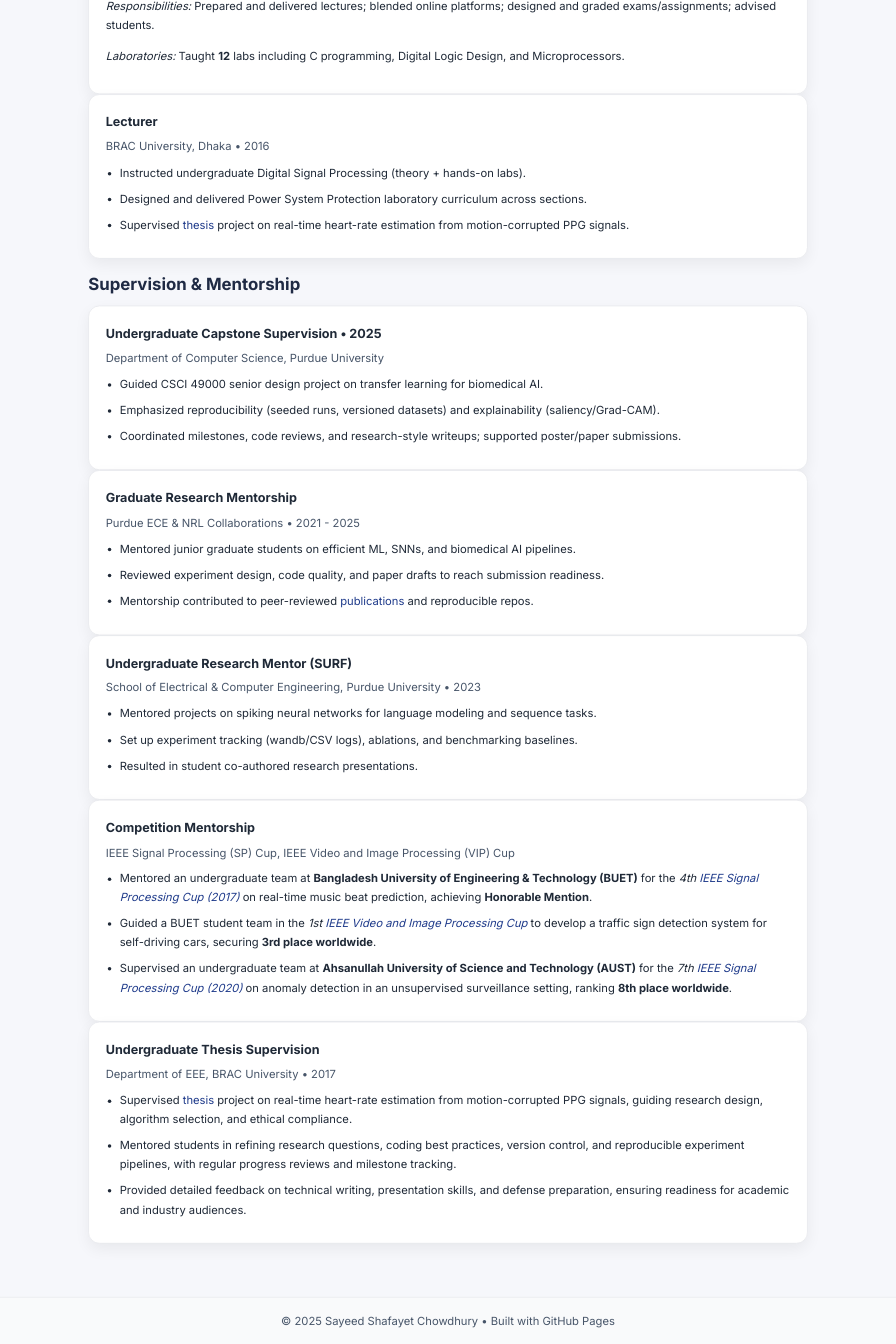
Repository: SayeedChowdhury/SayeedChowdhury.github.io
Page: teaching.html
These files come from the project's save history. The page is drawn as it stood at one moment and after the next save; the edit follows.
The browser window is 1280 px wide. The pictures show the part of the page from y = 1032 to 2952 px (the page is 2952 px tall), at 70% of full size.

Above is the page before, as saved 2025-08-13 14:09:04.

### teaching.html
<!doctype html>
<html lang="en">
<head>
  <meta charset="utf-8">
  <meta name="viewport" content="width=device-width, initial-scale=1">
  <title>Teaching & Mentorship • Sayeed S. Chowdhury</title>
  <link rel="preconnect" href="https://fonts.googleapis.com">
  <link rel="preconnect" href="https://fonts.gstatic.com" crossorigin>
  <link href="https://fonts.googleapis.com/css2?family=Inter:wght@400;600;700&display=swap" rel="stylesheet">
  <link rel="stylesheet" href="assets/style.css">
</head>
<body>
<div class="nav">
  <div class="inner container">
    <div class="brand"><span class="dot"></span> <a href="index.html" style="text-decoration:none;color:inherit;">Sayeed S. Chowdhury</a></div>
    <div style="margin-left:auto; display:flex; gap:6px; flex-wrap:wrap">
      <a href="index.html" class="">Home</a>
      <a href="edu-exp.html" class="">Education & Experience</a>
      <a href="teaching.html" class="active">Teaching & Mentorship</a>
      <!-- <a href="research.html" class="">Research</a> -->
      <a href="publications.html" class="">Publications</a>
      <a href="awards.html" class="">Grants and Awards</a>
      <a href="contact.html" class="">Contact</a>
    </div>
  </div>
</div>
<div class="container">

  <section class="section">
    <h2>Teaching Philosophy</h2>
    <div class="card">
      <p style="margin:0">
        I create an inclusive, student-centered classroom that blends Socratic questioning with project-based learning.
        My goals are to build strong fundamentals, develop students’ ability to reason from first principles, and connect
        theory to practice through open-ended labs and reproducible coding assignments.
      </p>
    </div>

    <h2>Teaching Experience</h2>

    <!-- Purdue — Visiting Assistant Professor -->
    <div class="card">
      <h3>Visiting Assistant Professor</h3>
      <div class="lead">Department of Computer Science, Purdue University • Aug&nbsp;2025 – Present</div>
      <ul class="list">
        <li>Designed and taught upper-undergraduate <strong>CSCI 490: AI for IoT</strong> as Instructor of Record.</li>
        <li>Guest-lectured in <strong>CSCI 487: Artificial Intelligence</strong> (modern ML + neuromorphic topics).</li>
        <li>Supervising an undergraduate <strong>capstone</strong> on transfer learning for biomedical AI.</li>
      </ul>
    </div>

    <!-- AUST -->
    <div class="card">
      <h3>Lecturer</h3>
      <div class="lead">Ahsanullah University of Science &amp; Technology (AUST), Dhaka • 2018</div>
      <ul class="list">
        <li>Taught <strong>C++</strong> and <strong>MATLAB</strong> programming in large classrooms.</li>
        <li>Instructor of record for <strong>VLSI (theory &amp; lab)</strong>; contributed to curriculum and lab manual.</li>
      </ul>
    </div>

    <!-- BUET -->
    <div class="card">
      <h3>Lecturer</h3>
      <div class="lead">Bangladesh University of Engineering &amp; Technology (BUET), Dhaka • 2016–2017</div>
      <p><em>Courses (theory):</em> Signals &amp; Systems (EEE 301); Electrical DC &amp; AC Circuits (EEE 101/105);
        Measurement &amp; Instrumentation (EEE 407); Digital Signal Processing (EEE 307);
        Microprocessor &amp; Interfacing (EEE 315).</p>
      <p><em>Responsibilities:</em> Prepared and delivered lectures; blended online platforms; designed and graded
        exams/assignments; advised students.</p>
      <p><em>Laboratories:</em> Taught <strong>12</strong> labs including C programming, Digital Logic Design, and Microprocessors.</p>
    </div>

    <!-- BRAC University -->
    <div class="card">
      <h3>Lecturer</h3>
      <div class="lead">BRAC University, Dhaka • 2016</div>
      <ul class="list">
        <li>Instructed undergraduate Digital Signal Processing (theory + hands-on labs).</li>
        <li>Designed and delivered Power System Protection laboratory curriculum across sections.</li>
        <li>Supervised <a href="https://dspace.bracu.ac.bd/xmlui/handle/10361/8610?show=full" target="_blank" rel="noopener">thesis</a> project on real-time heart-rate estimation from motion-corrupted PPG signals.</li>
      </ul>
    </div>

    <h2>Supervision &amp; Mentorship</h2>

    <!-- Undergraduate Capstone -->
    <div class="card">
      <h3>Undergraduate Capstone Supervision • 2025</h3>
      <div class="lead">Department of Computer Science, Purdue University</div>
      <ul class="list">
        <li>Guided CSCI 49000 senior design project on transfer learning for biomedical AI.</li>
        <li>Emphasized reproducibility (seeded runs, versioned datasets) and explainability (saliency/Grad-CAM).</li>
        <li>Coordinated milestones, code reviews, and research-style writeups; supported poster/paper submissions.</li>
      </ul>
    </div>

    <!-- Graduate Mentorship -->
    <div class="card">
      <h3>Graduate Research Mentorship</h3>
      <div class="lead">Purdue ECE &amp; NRL Collaborations • 2021 - 2025</div>
      <ul class="list">
        <li>Mentored junior graduate students on efficient ML, SNNs, and biomedical AI pipelines.</li>
        <li>Reviewed experiment design, code quality, and paper drafts to reach submission readiness.</li>
        <li>Mentorship contributed to peer-reviewed <a href=" https://ieeexplore.ieee.org/abstract/document/11078244" target="_blank" rel="noopener">publications</a> and reproducible repos.</li>
      </ul>
    </div>

    <!-- SURF Projects -->
    <div class="card">
      <h3>Undergraduate Research Mentor (SURF)</h3>
      <div class="lead">School of Electrical &amp; Computer Engineering, Purdue University • 2023</div>
      <ul class="list">
        <li>Mentored projects on spiking neural networks for language modeling and sequence tasks.</li>
        <li>Set up experiment tracking (wandb/CSV logs), ablations, and benchmarking baselines.</li>
        <li>Resulted in student co-authored research presentations.</li>
      </ul>
    </div>


    <!-- Competitions -->
    <div class="card">
      <h3>Competition Mentorship</h3>
      <div class="lead">IEEE Signal Processing (SP) Cup, IEEE Video and Image Processing (VIP) Cup</div>
      <ul class="list">
        <li>
          Mentored an undergraduate team at <strong>Bangladesh University of Engineering &amp; Technology (BUET)</strong>
          for the <em>4th <a href="https://ieeexplore.ieee.org/document/7974869" target="_blank" rel="noopener">IEEE Signal Processing Cup (2017)</a> </em> on real-time music beat prediction, achieving
          <strong>Honorable Mention</strong>.
        </li>
        <li>
          Guided a BUET student team in the <em>1st <a href="https://ieeexplore.ieee.org/stamp/stamp.jsp?arnumber=8310690" target="_blank" rel="noopener">IEEE Video and Image Processing Cup</a> </em> to develop a traffic
          sign detection system for self-driving cars, securing <strong>3rd place worldwide</strong>.
        </li>
        <li>
          Supervised an undergraduate team at <strong>Ahsanullah University of Science and Technology (AUST)</strong>
          for the <em>7th <a href="https://arxiv.org/pdf/2007.10812" target="_blank" rel="noopener">IEEE Signal Processing Cup (2020)</a> </em> on anomaly detection in an unsupervised surveillance
          setting, ranking <strong>8th place worldwide</strong>.
        </li>
      </ul>
    </div>


      <!-- Undergraduate Capstone -->
    <div class="card">
      <h3>Undergraduate Thesis Supervision </h3>
      <div class="lead">Department of EEE, BRAC University • 2017</div>
      <ul class="list">
        <li>Supervised <a href="https://dspace.bracu.ac.bd/xmlui/handle/10361/8610?show=full" target="_blank" rel="noopener">thesis</a> project on real-time heart-rate estimation from motion-corrupted PPG signals, guiding research design, algorithm selection, and ethical compliance.</li>
        <li>Mentored students in refining research questions, coding best practices, version control, and reproducible experiment pipelines, with regular progress reviews and milestone tracking.</li>
        <li>Provided detailed feedback on technical writing, presentation skills, and defense preparation, ensuring readiness for academic and industry audiences.</li>
        </ul>
    </div>
</div>

  </section>

</div>
<div class="footer">© 2025 Sayeed Shafayet Chowdhury • Built with GitHub Pages</div>
</body>
</html>

### assets/style.css
/* ================================
   Sayeed S. Chowdhury — style.css
   Mild light theme (no top halo)
   ================================ */

   :root{
    --bg:#f6f7fb;          /* mild light (not white) */
    --panel:#ffffff;       /* card surface */
    --panel-2:#f1f5fb;     /* subtle secondary surface */
    --ink:#1f2937;         /* main text (slate-800) */
    --muted:#475569;       /* secondary text (slate-600) */
    --navy:#1e3a8a;        /* accent for nav/links (blue-900) */
    --gold:#b58500;        /* optional accent */
    --border:#e5e7eb;      /* card/nav borders */
    --shadow:0 8px 22px rgba(0,0,0,.06);
    --radius:16px;
  }

  /* Base */
  *{ box-sizing:border-box }
  html,body{ height:100% }
  body{
    margin:0;
    color:var(--ink);
    background:var(--bg); /* removed radial gradients/halo */
    font:16px/1.7 "Inter", system-ui, -apple-system, Segoe UI, Roboto, Helvetica, Arial;
    -webkit-font-smoothing:antialiased;
    text-rendering:optimizeLegibility;
  }

  .container{ max-width:1100px; margin:0 auto; padding:24px }

  /* Top Nav */
  .nav{
    position:sticky; top:0; z-index:10;
    background:#f9fafb;                      /* solid so it’s visible */
    backdrop-filter:saturate(140%) blur(6px);
    border-bottom:1px solid var(--border);
    box-shadow:0 6px 14px rgba(0,0,0,.04);
  }
  .nav .inner{ display:flex; align-items:center; gap:16px; padding:12px 24px; }
  .nav .brand{ display:flex; align-items:center; gap:10px; font-weight:700; color:var(--ink) }
  .nav .brand .dot{ width:10px; height:10px; border-radius:50%; background:linear-gradient(45deg,#2563eb,#60a5fa); box-shadow:0 0 8px rgba(37,99,235,.5) }
  .nav a{
    color:#334155;                            /* slate-700: readable */
    text-decoration:none;
    padding:8px 12px;
    border-radius:10px;
  }
  .nav a:hover{
    color:var(--navy);
    background:#e6edf7;                       /* gentle hover pill */
  }
  .nav a.active{
    color:var(--navy);
    background:#dbeafe;                       /* visible active pill */
    font-weight:600;
  }
  .nav a:focus-visible{ outline:2px solid #93c5fd; outline-offset:2px }

  /* Hero & Layout */
  .hero{
    display:grid; grid-template-columns:1.1fr .9fr; gap:28px; align-items:stretch;
    padding:48px 24px 12px;
  }
  .row{ display:flex; gap:18px; flex-wrap:wrap; align-items:center }

  /* Cards */
  .card{
    background:var(--panel);
    border:1px solid var(--border);
    border-radius:var(--radius);
    box-shadow:var(--shadow);
    padding:24px;
  }
  .cards{ display:grid; grid-template-columns:repeat(12,1fr); gap:20px; margin-top:18px }
  .card.grid-12{ grid-column:span 12 }
  .card.grid-6{ grid-column:span 6 }
  .card.grid-4{ grid-column:span 4 }

  /* Typography */
  h1{ font-size:32px; margin:0 0 6px }         /* smaller homepage name */
  h2{ font-size:24px; margin:16px 0 10px; color:#1f2a44 }
  h3{ font-size:18px; margin:0 0 6px }
  .lead{ color:var(--muted); font-size:16px }
  .kicker{ color:var(--gold); font-weight:700; letter-spacing:.4px; text-transform:uppercase; font-size:12px }
  .page-title{ margin:8px 0 16px }
  .page-title h1{ font-size:46px; letter-spacing:.4px; margin:0; color:#1f2a44 }

  /* Lists */
  .list{ padding-left:20px; margin:0 }
  .list li{ margin:10px 0 }

  /* Headshot */
  .headshot{
    width:160px; height:160px; border-radius:50%; object-fit:cover;
    border:3px solid #eef2ff; box-shadow:0 4px 14px rgba(0,0,0,.06)
  }

  /* Badges & Pills */
  .badges{ display:flex; flex-wrap:wrap; gap:10px; margin-top:14px }
  .badge{
    background:#f1f5fb; border:1px solid #dbe4f2; color:#2b4a6a;
    padding:6px 10px; border-radius:999px; font-size:13px
  }
  .pill{
    display:inline-block; padding:5px 10px; border:1px solid var(--border);
    border-radius:999px; font-size:12px; color:var(--muted); margin-right:8px
  }

  /* Buttons */
  .cta{ display:flex; gap:12px; flex-wrap:wrap; margin-top:12px }
  .button{
    display:inline-flex; align-items:center; gap:10px;
    padding:12px 16px; border-radius:12px;
    border:1px solid #c7d2fe; background:#eef2ff; color:#1f2937;
    text-decoration:none; font-weight:600;
  }
  .button:hover{ background:#e0e7ff }
  .button.secondary{ background:#ffffff; border:1px solid #e4e8ef }

  /* Links (site-wide) */
  a{ color:#1e3a8a; text-decoration:none }
  a:hover{ color:#0f2a6e; text-decoration:underline }
  a:visited{ color:#1e3a8a } /* avoid purple on visited */

  /* Sections */
  .section{ padding:12px }
  .section .title{ display:flex; align-items:center; justify-content:space-between }

  /* Footer (visible on light) */
  .footer{
    background:#f9fafb;
    color:#475569;
    border-top:1px solid var(--border);
    text-align:center;
    padding:20px;
    margin-top:40px;
  }

  /* Forms (if any) */
  input, textarea, select{
    background:#fff; color:var(--ink); border:1px solid var(--border);
    border-radius:10px; padding:10px 12px
  }
  input:focus, textarea:focus, select:focus{
    outline:2px solid #93c5fd; outline-offset:2px
  }

  /* Responsive */
  @media (max-width: 900px){
    .hero{ grid-template-columns:1fr }
    .card.grid-6, .card.grid-4{ grid-column:span 12 }
  }

  /* Print */
  @media print{
    .nav, .footer, .cta{ display:none }
    body{ background:#ffffff; color:#111 }
    .card{ box-shadow:none; border-color:#ddd }
  }

After the next save:
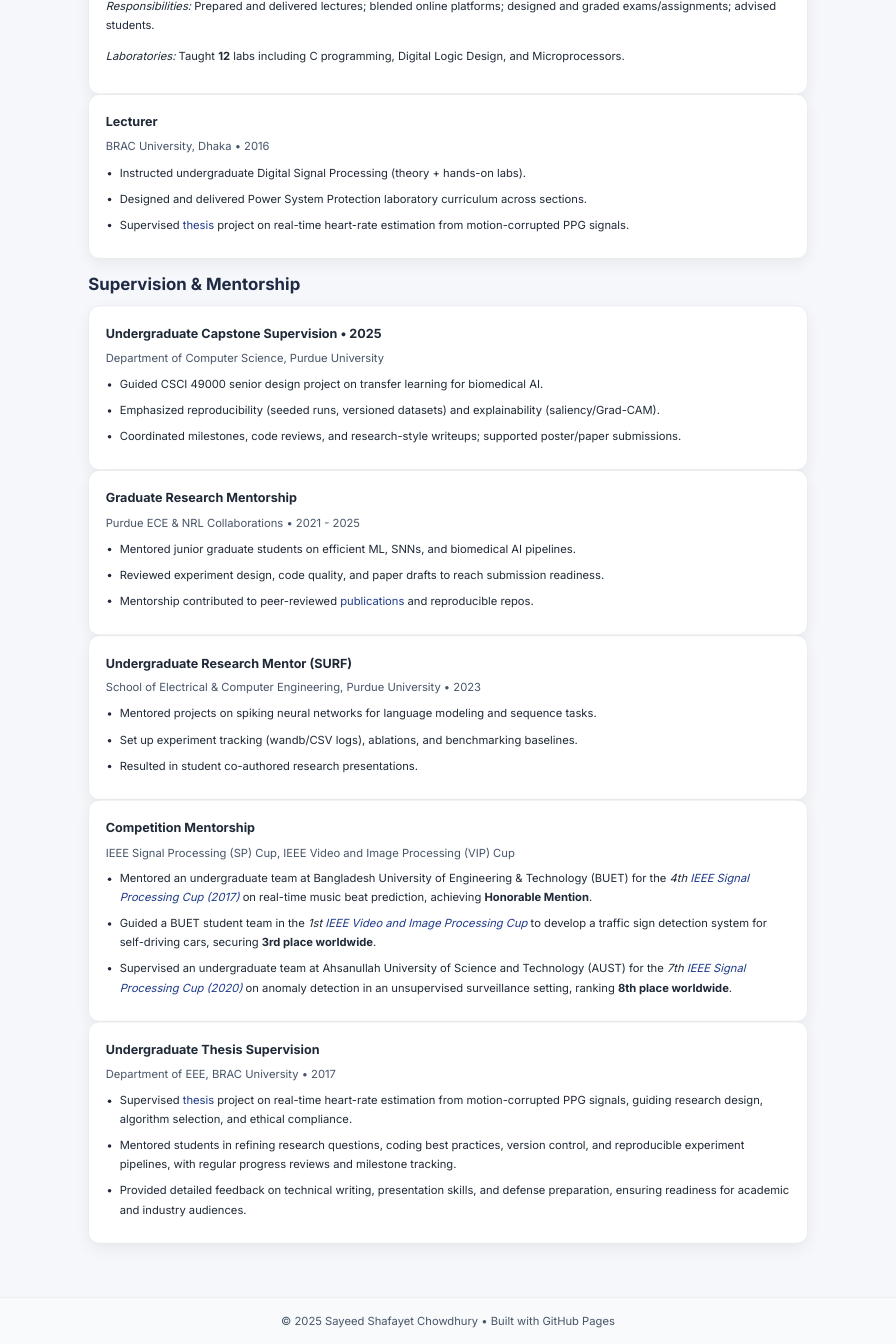
Saved 41 s later.
--- a/teaching.html
+++ b/teaching.html
@@ -124,7 +124,7 @@
       <div class="lead">IEEE Signal Processing (SP) Cup, IEEE Video and Image Processing (VIP) Cup</div>
       <ul class="list">
         <li>
-          Mentored an undergraduate team at <strong>Bangladesh University of Engineering &amp; Technology (BUET)</strong>
+          Mentored an undergraduate team at Bangladesh University of Engineering &amp; Technology (BUET)
           for the <em>4th <a href="https://ieeexplore.ieee.org/document/7974869" target="_blank" rel="noopener">IEEE Signal Processing Cup (2017)</a> </em> on real-time music beat prediction, achieving
           <strong>Honorable Mention</strong>.
         </li>
@@ -133,7 +133,7 @@
           sign detection system for self-driving cars, securing <strong>3rd place worldwide</strong>.
         </li>
         <li>
-          Supervised an undergraduate team at <strong>Ahsanullah University of Science and Technology (AUST)</strong>
+          Supervised an undergraduate team at Ahsanullah University of Science and Technology (AUST)
           for the <em>7th <a href="https://arxiv.org/pdf/2007.10812" target="_blank" rel="noopener">IEEE Signal Processing Cup (2020)</a> </em> on anomaly detection in an unsupervised surveillance
           setting, ranking <strong>8th place worldwide</strong>.
         </li>
